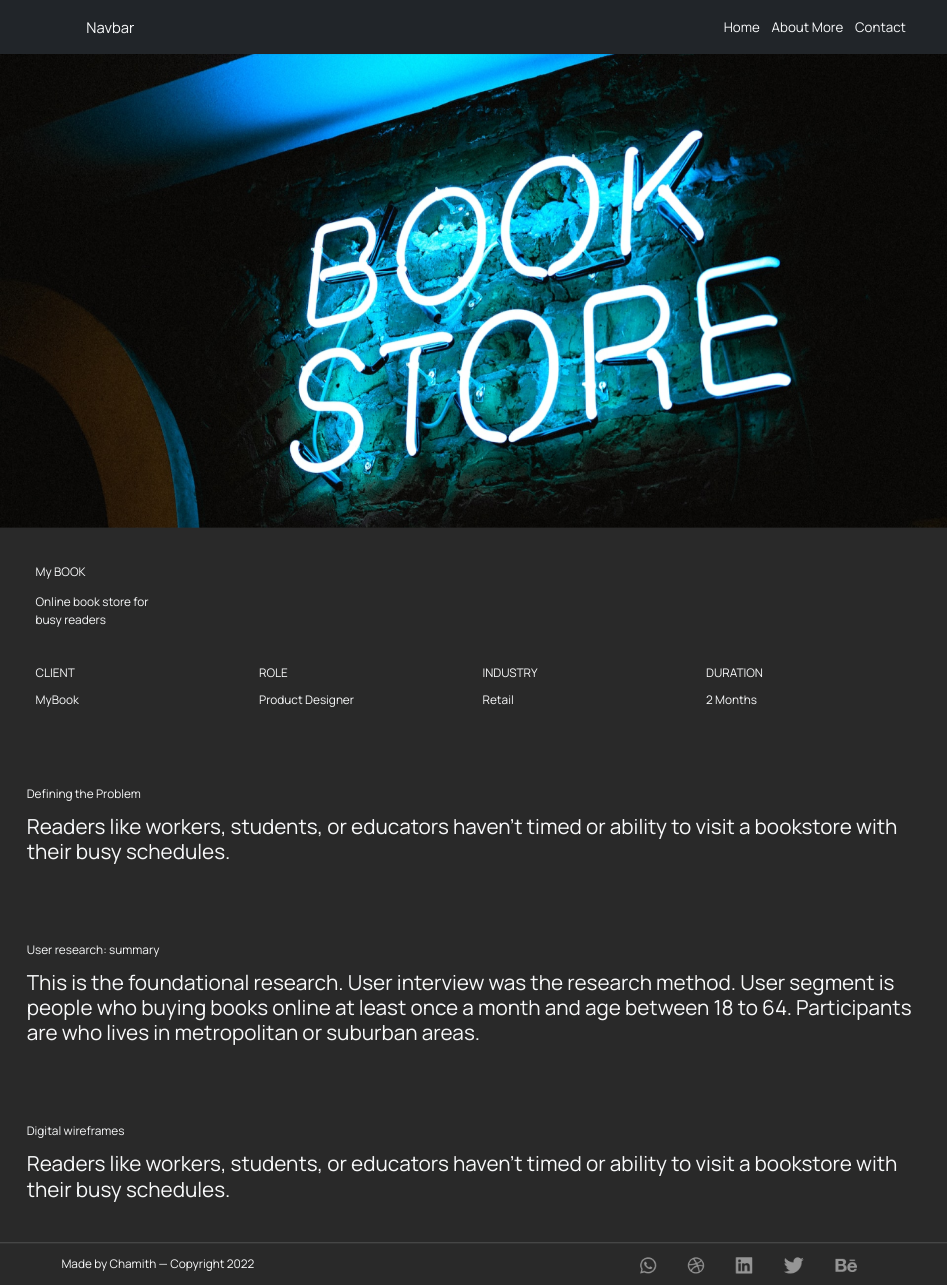
Repository: Realchamithweb/chamith-html
Page: work.html
These files come from the project's save history. The page is drawn as it stood at one moment and after the next save; the edit follows.
The browser window is 1280 px wide. The pictures show the whole page, at 74% of full size.

Above is the page before, as saved 2023-01-24 07:23:02.

After the next save:
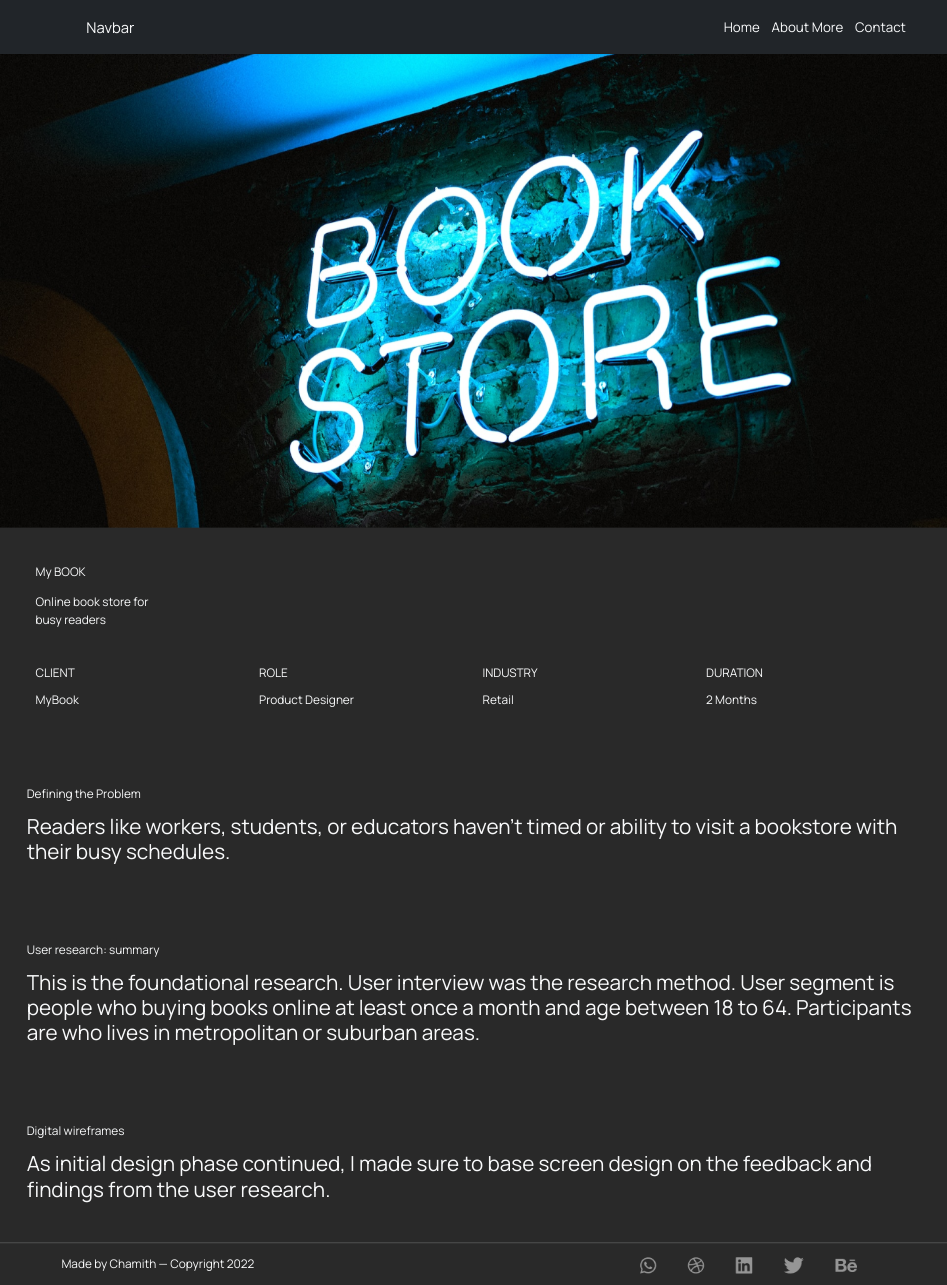
Saved 14 s later.
--- a/work.html
+++ b/work.html
@@ -88,7 +88,7 @@
                 <div class="row">
                     <div class="col-lg-12 text-light p-5">
                         <p>Digital wireframes</p>
-                        <h3>Readers like workers, students, or educators haven't timed or ability to visit a bookstore with their busy schedules.</h3>
+                        <h3>As initial design phase continued, I made sure to base screen design on the feedback and findings from the user research.</h3>
                     </div>
                 </div>
             </section>
